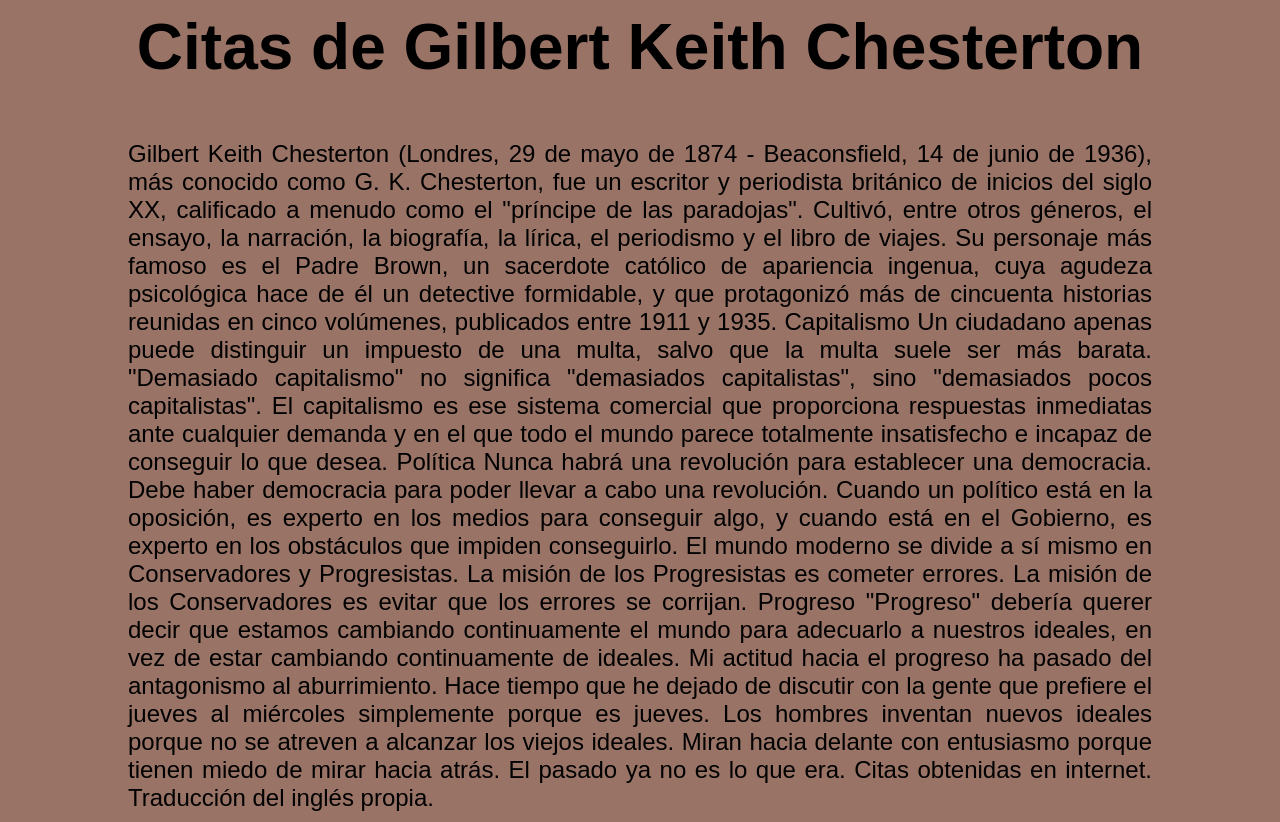
Repository: EmilyMachuca-Developer/Advanced-Programming-Projects
Page: index.html
An editor plug-in stored every save of this project. The page is shown before and after a run of saves, followed by the edit.
The browser window is 1280 px wide. The pictures show the whole page.

Above is the page before, as saved 2024-02-26 20:14:44.

After the next 2 saves:
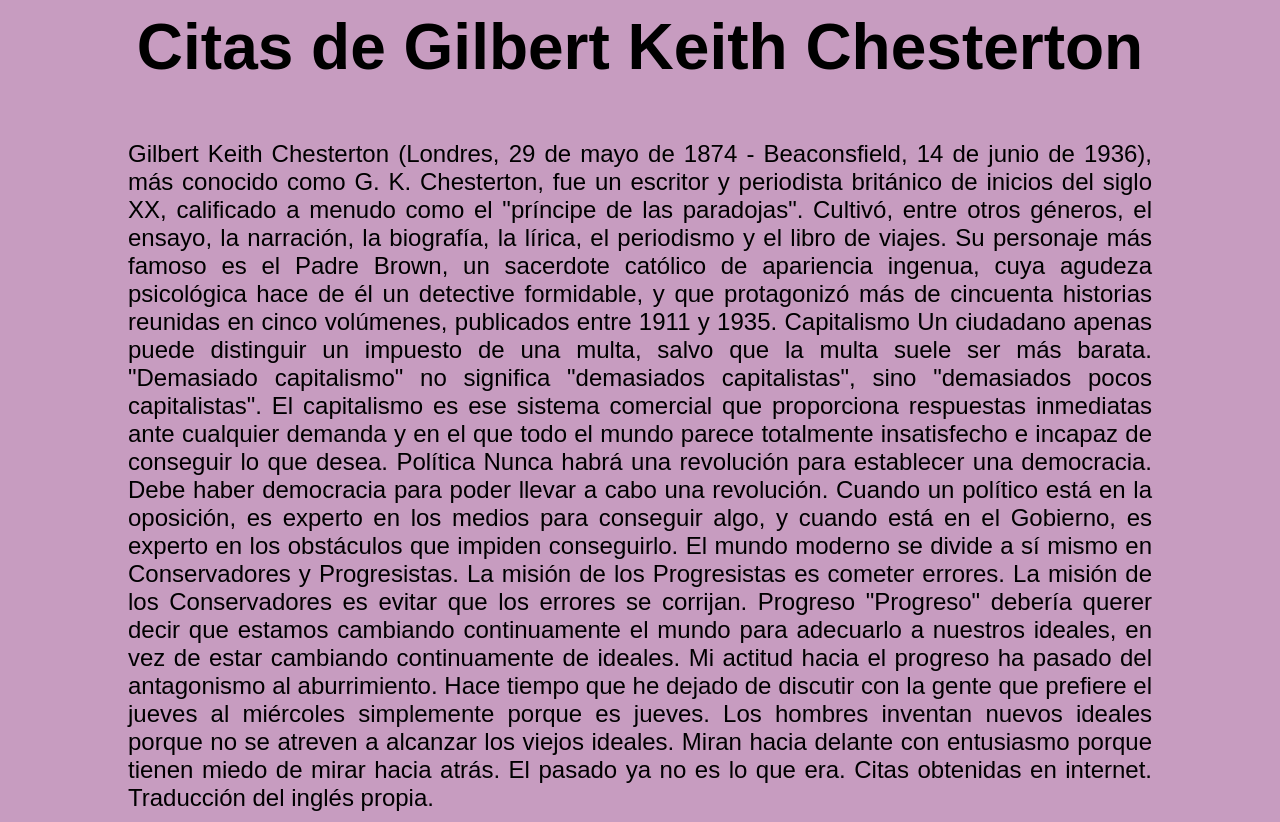
The 2 saves are shown as one change because they came seconds apart.
The last was saved 45 s later.
--- a/Taller 2/css/style.css
+++ b/Taller 2/css/style.css
@@ -1,6 +1,6 @@
 body {
     margin: 10px 10%;
-    background-color: hwb(15 40% 40%);
+    background-color: hwb(310 61% 22%);
     font-family: sans-serif;
     font-size: 1.5rem;
     text-align: justify;
